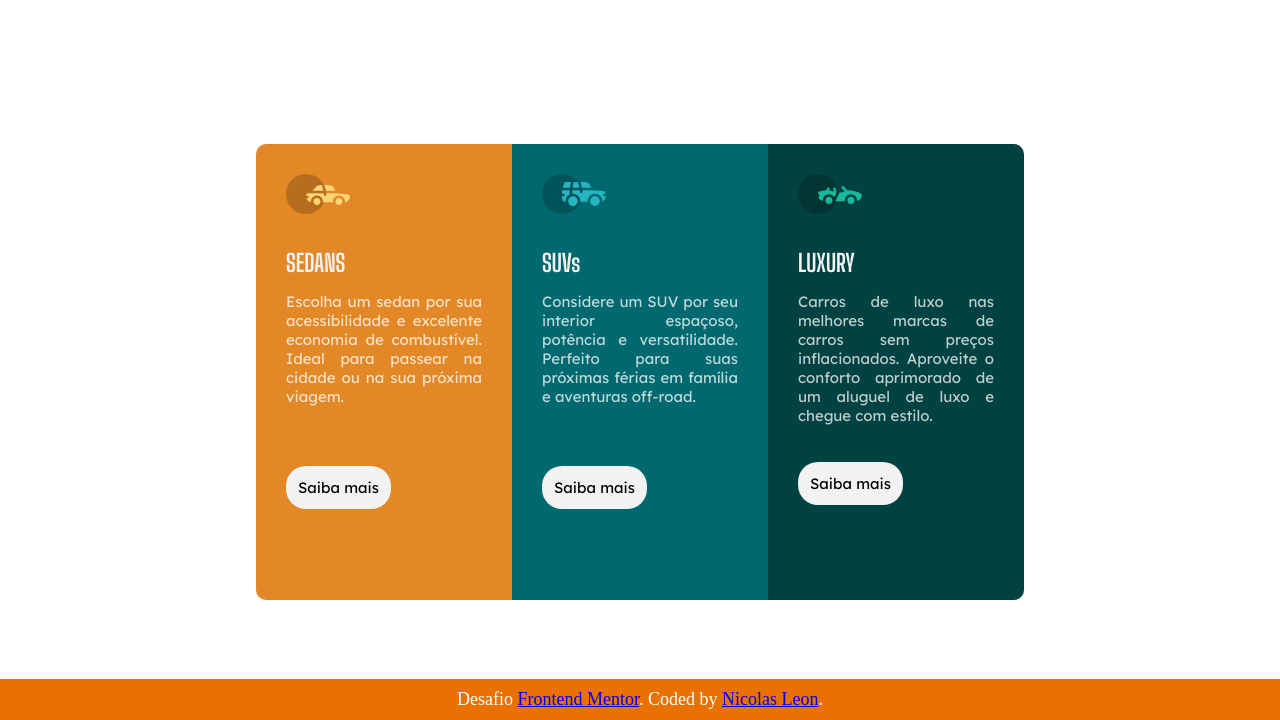
Repository: Leonngc/Car-cards
Page: index.html
These files come from the project's save history. The page is drawn as it stood at one moment and after the next save; the edit follows.
The browser window is 1280 px wide. The pictures show the whole page.

Above is the page before, as saved 2023-01-17 19:22:24.

### index.html
<!DOCTYPE html>
<html lang="pt-br">
  <head>
    <meta charset="UTF-8" />
    <meta name="viewport" content="width=device-width, initial-scale=1.0" />
    <!-- displays site properly based on user's device -->

    <link
      rel="icon"
      type="image/png"
      sizes="32x32"
      href="./images/favicon-32x32.png"
    />

    <link rel="stylesheet" href="styles/style.css" />

    <title>Frontend Mentor | 3-column preview card component</title>

    <!-- Feel free to remove these styles or customise in your own stylesheet 👍 -->
    <style>
      .attribution {
        font-size: 11px;
        text-align: center;
      }
    </style>
  </head>
  <body>
    <main>
      <div class="card" id="sedan">
        <div class="image"><img src="images/icon-sedans.svg" alt="" /></div>
        <h2>SEDANS</h2>
        <p>
          Escolha um sedan por sua acessibilidade e excelente economia de
          combustível. Ideal para passear na cidade ou na sua próxima viagem.
        </p>
        <button>Saiba mais</button>
      </div>
      <div class="card" id="suv">
        <div class="image"><img src="images/icon-suvs.svg" alt="" /></div>

        <h2>SUVs</h2>
        <p>
          Considere um SUV por seu interior espaçoso, potência e versatilidade.
          Perfeito para suas próximas férias em família e aventuras off-road.
        </p>
        <button>Saiba mais</button>
      </div>
      <div class="card" id="luxury">
        <div class="image"><img src="images/icon-luxury.svg" alt="" /></div>
        <h2>LUXURY</h2>
        <p>
          Carros de luxo nas melhores marcas de carros sem preços inflacionados.
          Aproveite o conforto aprimorado de um aluguel de luxo e chegue com
          estilo.
        </p>
        <button>Saiba mais</button>
      </div>
    </main>

    <footer class="attribution">
      <p>
        Desafio
        <a href="https://www.frontendmentor.io?ref=challenge" target="_blank"
          >Frontend Mentor</a
        >. Coded by <a href="#">Nicolas Leon</a>.
      </p>
    </footer>
  </body>
</html>

### styles/style.css
@import url('https://fonts.googleapis.com/css2?family=Lexend+Deca&display=swap');

@import url('https://fonts.googleapis.com/css2?family=Big+Shoulders+Display:wght@700&display=swap');

*{
    margin: 0 auto;
    padding: 0;
}

:root{
    --font-body: 'Lexend Deca', sans-serif;

    --font-title: 'Big Shoulders Display', cursive;
}


/* Basic styles */


main{
    display: flex;
    margin: auto;
    margin-top: 20vh;
    margin-left: 20vw;
    margin-right: 20vw;
}
.card{
    padding: 30px;
    height: 55vh;
    width: 90vw;
}
.card > p{
    font-family: var(--font-body);
    margin-bottom: 60px;
    text-align: justify;
    font-size: 15px;
    color: hsla(0, 0%, 100%, 0.75);
}
.card > h2{
    font-family: var(--font-title);
    padding-top: 30px;
    padding-bottom:15px;
    color:  hsl(0, 0%, 95%);
}

#sedan{
    background-color: hsl(31, 77%, 52%);
    border-top-left-radius: 10px;
    border-bottom-left-radius: 10px;
}

#suv{
   background-color:hsl(184, 100%, 22%)
}

#luxury{
    background-color: hsl(179, 100%, 13%);
    border-top-right-radius: 10px;
    border-bottom-right-radius: 10px;
}

#luxury > p{
    margin-bottom: 37px;
}

button{
    padding: 12px;
    border-radius: 20px;
    background-color: hsl(0, 0%, 95%);
    border: 0;
    font-family: var(--font-body);
    font-size: 15px;
 }

 button:hover{
    background-color: hsla(0, 0%, 54%, 0);
    border: 2px solid rgb(255, 255, 255);
    color: hsl(0, 0%, 100%);
  }


  footer > p{
    background-color: rgb(233, 113, 2);
    color: white;
    font-size: 18px;
    margin-top: 11vh;
    padding: 10px;
  }

  footer > a{
    color: white;
  }

/* Animations */




/* Media Queries */

After the next save:
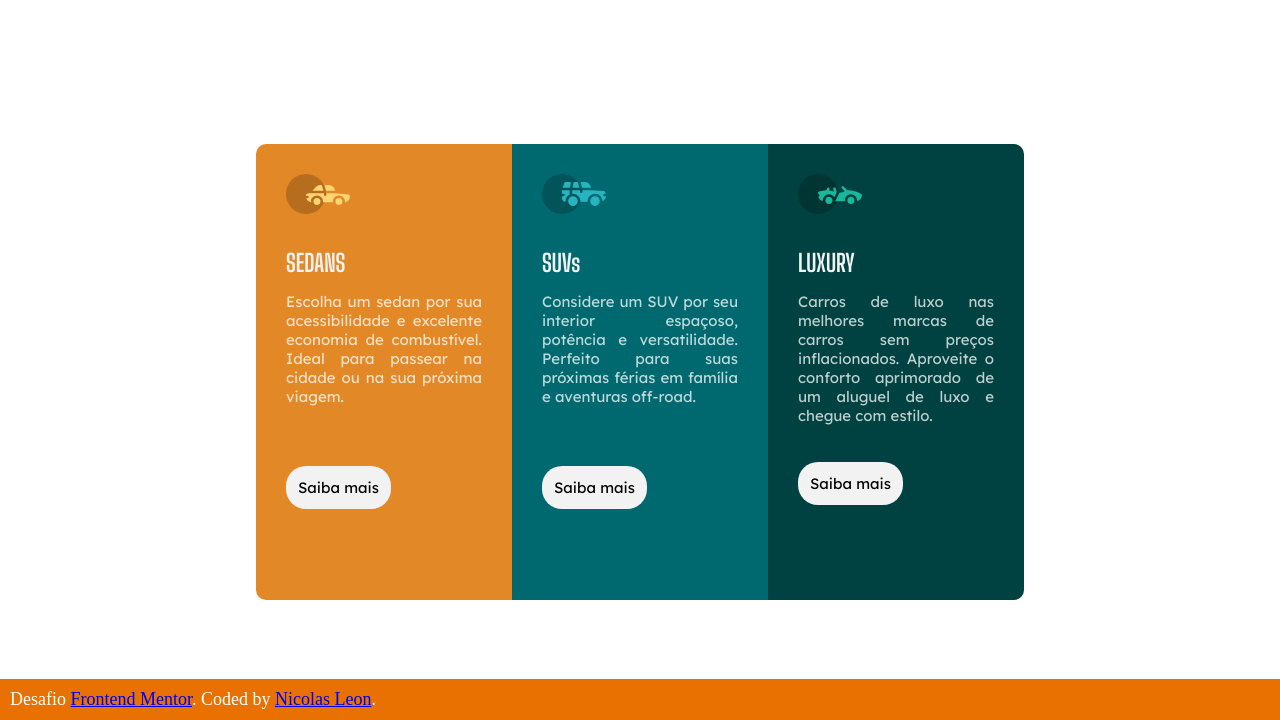
Saved 14 s later.
--- a/index.html
+++ b/index.html
@@ -16,13 +16,7 @@
 
     <title>Frontend Mentor | 3-column preview card component</title>
 
-    <!-- Feel free to remove these styles or customise in your own stylesheet 👍 -->
-    <style>
-      .attribution {
-        font-size: 11px;
-        text-align: center;
-      }
-    </style>
+
   </head>
   <body>
     <main>

After the 2 saves that followed:
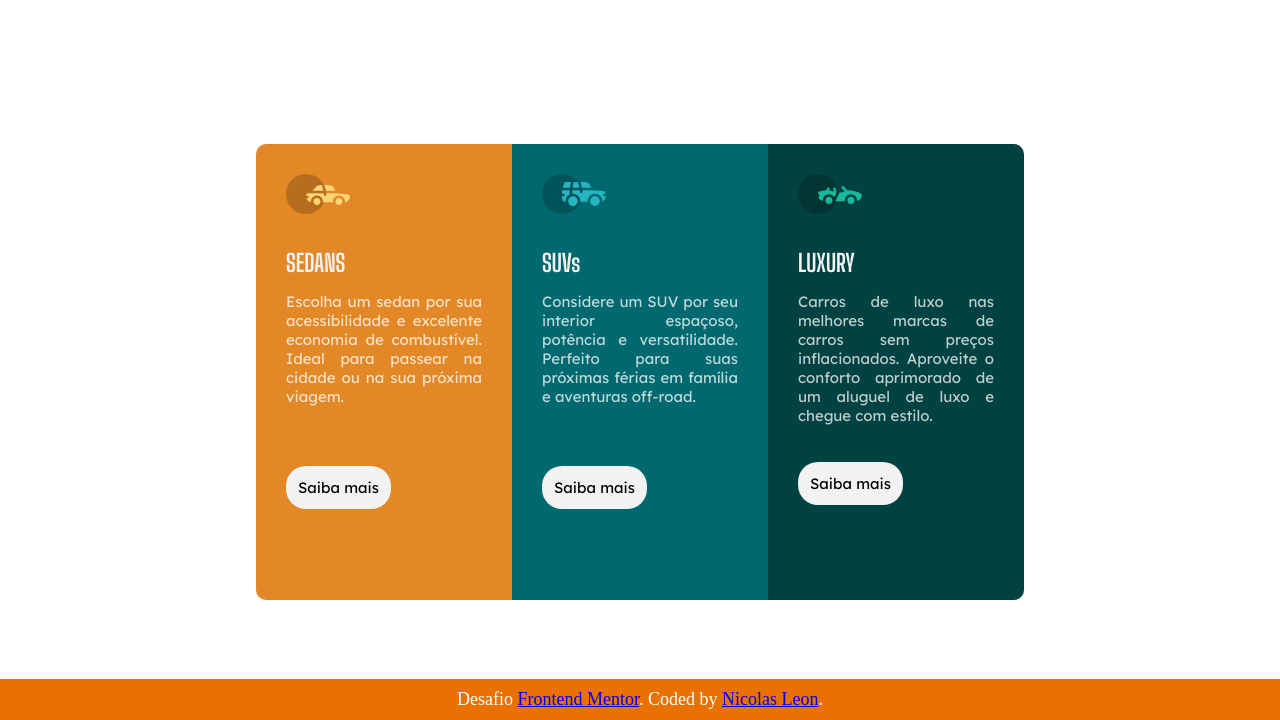
The 2 saves are shown as one change because 1 left the picture as it was.
The last was saved 25 s later.
--- a/styles/style.css
+++ b/styles/style.css
@@ -85,6 +85,7 @@
     font-size: 18px;
     margin-top: 11vh;
     padding: 10px;
+    text-align: center;
   }
 
   footer > a{
